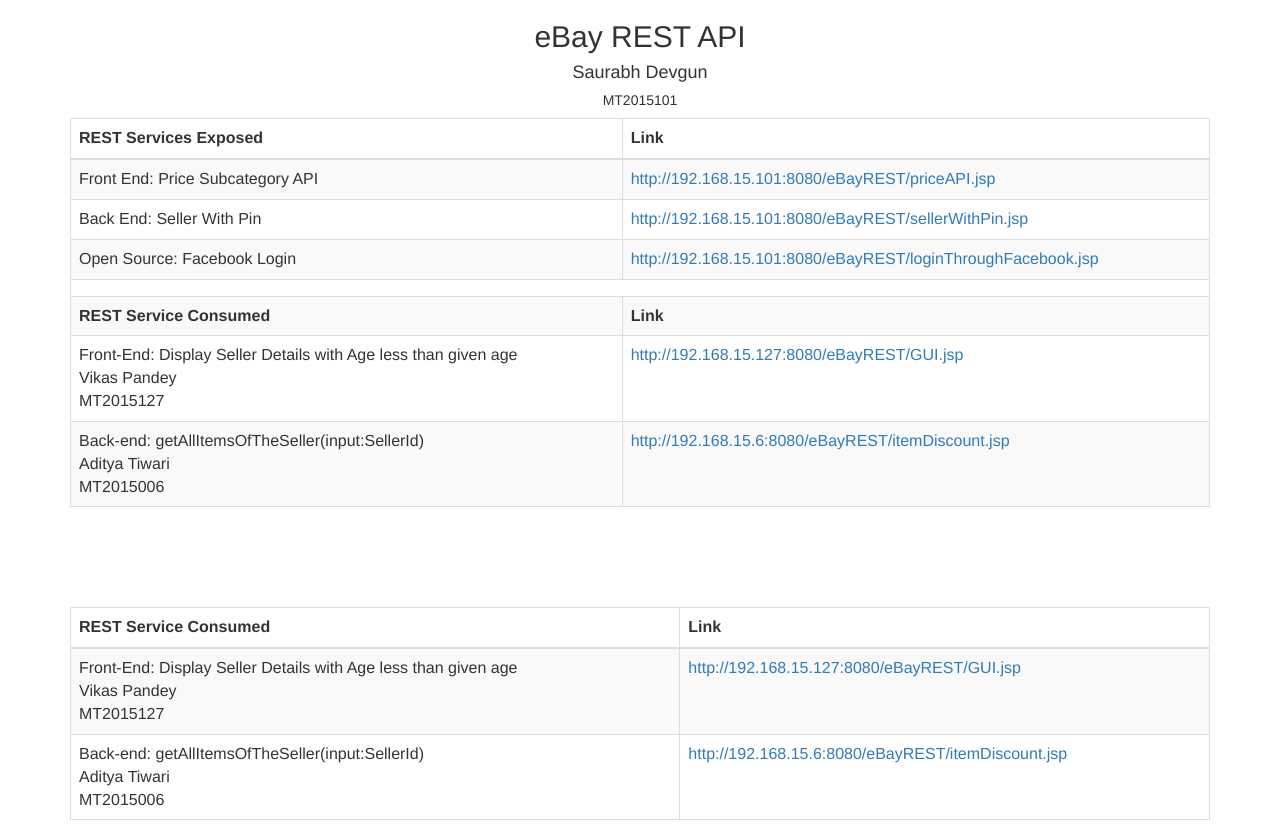
Repository: saurabh-devgun-iiitb/RESTProject
Page: http://localhost/eBayREST/
The author's editor kept a copy of each file at every save. The page is drawn from the files as they stood at one save, then again after the next save.
The browser window is 1280 px wide. The pictures show the whole page.
The page is served by Tomcat 9. Other server files are loaded and not shown.

Above is the page before, as saved 2016-07-23 06:15:37.

### eBayREST/WebContent/index.jsp
<html>
<head>
  <meta name="viewport" content="width=device-width, initial-scale=1">
  <link rel="stylesheet" href="http://maxcdn.bootstrapcdn.com/bootstrap/3.3.6/css/bootstrap.min.css">
  <script src="https://ajax.googleapis.com/ajax/libs/jquery/1.12.4/jquery.min.js"></script>
  <script src="http://maxcdn.bootstrapcdn.com/bootstrap/3.3.6/js/bootstrap.min.js"></script>
</head>
<body>
	<div align="center">
	    <h2>eBay REST API</h2>
	    <h4>Saurabh Devgun</h4>
	    <h5>MT2015101</h5>
    </div>
    <div class = "container">
    <table class="table table-hover table-striped table-bordered">
      <thead>
        <tr>
          <th>REST Services Exposed</th>
          <th>Link</th>
        </tr>
      </thead>
      <tbody>
        <tr>
          <td>Front End: Price Subcategory API</td>
          <td><a href="priceAPI.jsp">http://192.168.15.101:8080/eBayREST/priceAPI.jsp</a></td>
        </tr>
        <tr>
          <td>Back End: Seller With Pin</td>
          <td><a href="sellerWithPin.jsp">http://192.168.15.101:8080/eBayREST/sellerWithPin.jsp</a></td>
        </tr>
        <tr>
          <td>Open Source: Facebook Login</td>
          <td><a href="loginThroughFacebook.jsp">http://192.168.15.101:8080/eBayREST/loginThroughFacebook.jsp</a></td>
        </tr>
        <tr>
        	<td colspan="2" style="border-width:0px"></td>
        </tr>
        <tr>
          <th>REST Service Consumed</th>
          <th>Link</th>
        </tr>
        <tr>
          <td>Front-End: Display Seller Details with Age less than given age<br>Vikas Pandey<br>MT2015127</td>
          <td><a href="http://192.168.15.127:8080/eBayREST/GUI.jsp">http://192.168.15.127:8080/eBayREST/GUI.jsp</a></td>
        </tr>
        <tr>
          <td>Back-end: getAllItemsOfTheSeller(input:SellerId)<br>Aditya Tiwari<br>MT2015006</td>
          <td><a href="http://192.168.15.6:8080/eBayREST/itemDiscount.jsp">http://192.168.15.6:8080/eBayREST/itemDiscount.jsp</a></td>
        </tr>
      </tbody>
    </table>
    </div>
    <br><br><br><br>
    <div class="container">
    	<table class="table table-hover table-striped table-bordered">
      <thead>
        <tr>
          <th>REST Service Consumed</th>
          <th>Link</th>
        </tr>
      </thead>
      <tbody>
        <tr>
          <td>Front-End: Display Seller Details with Age less than given age<br>Vikas Pandey<br>MT2015127</td>
          <td><a href="http://192.168.15.127:8080/eBayREST/GUI.jsp">http://192.168.15.127:8080/eBayREST/GUI.jsp</a></td>
        </tr>
        <tr>
          <td>Back-end: getAllItemsOfTheSeller(input:SellerId)<br>Aditya Tiwari<br>MT2015006</td>
          <td><a href="http://192.168.15.6:8080/eBayREST/itemDiscount.jsp">http://192.168.15.6:8080/eBayREST/itemDiscount.jsp</a></td>
        </tr>
      </tbody>
    </table>
    </div>
    <!--
    <p><a href="priceAPI.jsp">Price API</a></p>
    <p><a href="loginThroughFacebook.jsp">Login through Facebook</a></p>
    <p><a href="sellerWithPin.jsp">Get Sellers In City with pin</a></p>
    -->
</body>
</html>

After the next save:
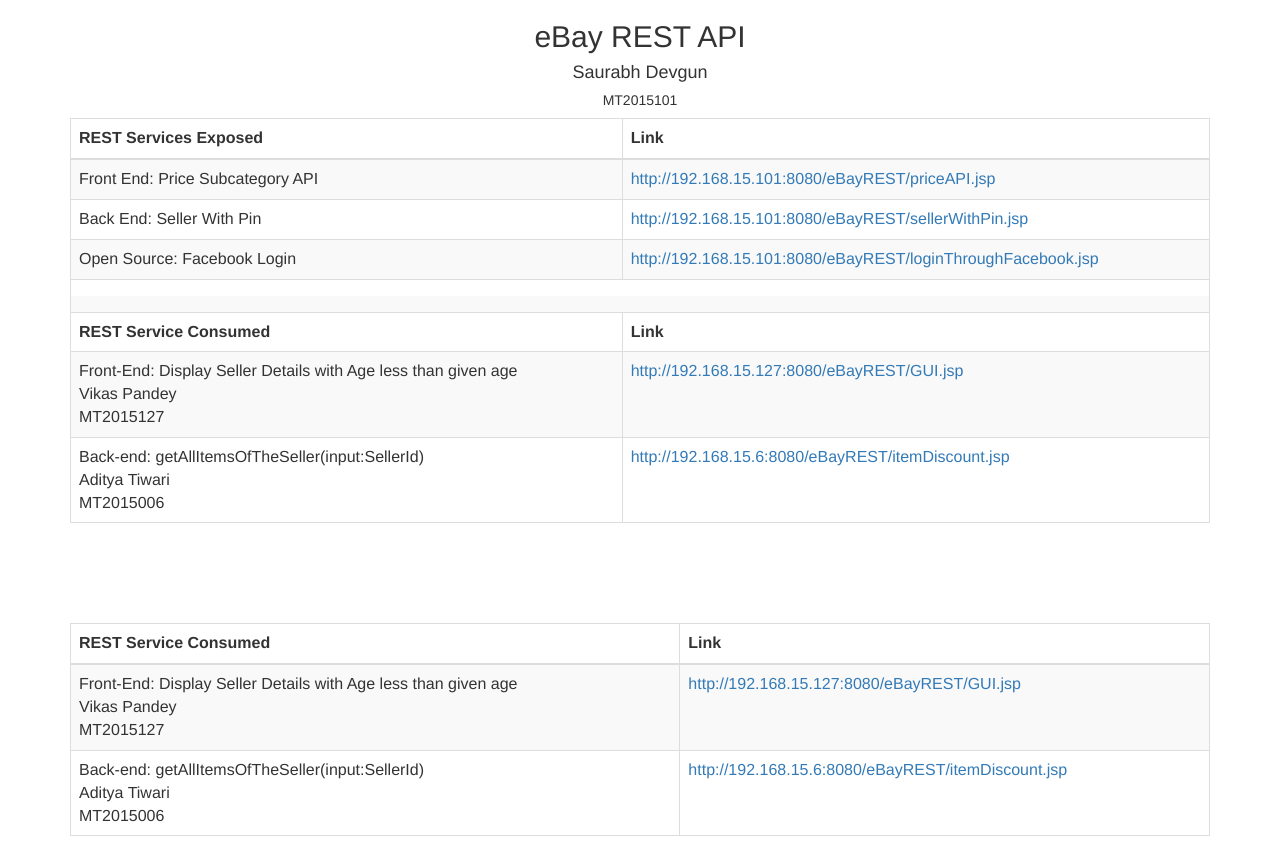
Saved 26 s later.
--- a/eBayREST/WebContent/index.jsp
+++ b/eBayREST/WebContent/index.jsp
@@ -31,6 +31,9 @@
         <tr>
           <td>Open Source: Facebook Login</td>
           <td><a href="loginThroughFacebook.jsp">http://192.168.15.101:8080/eBayREST/loginThroughFacebook.jsp</a></td>
+        </tr>
+        <tr>
+        	<td colspan="2" style="border-width:0px"></td>
         </tr>
         <tr>
         	<td colspan="2" style="border-width:0px"></td>
